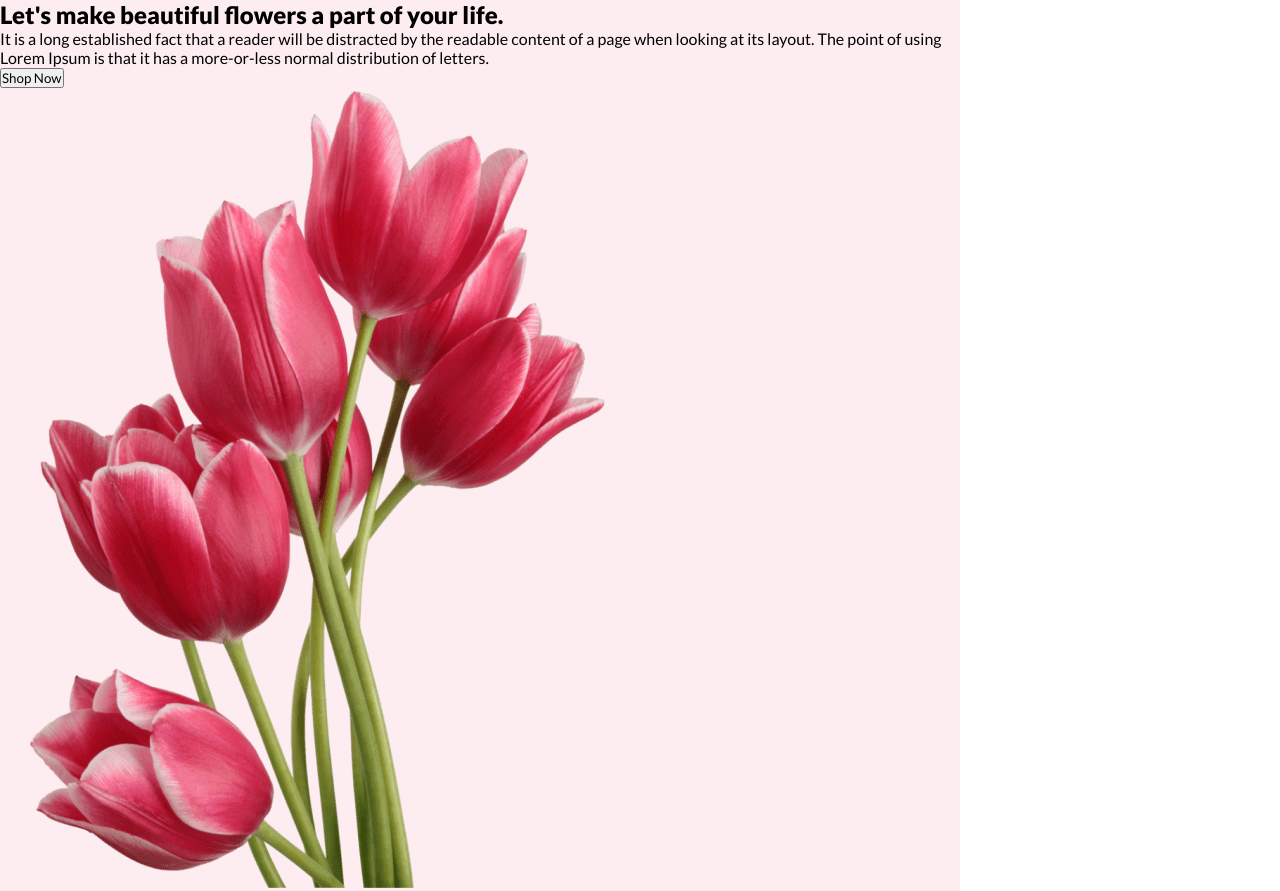
Repository: sumonkumarsarkar/flower-shop
Page: index.html
The author's editor kept a copy of each file at every save. The page is drawn from the files as they stood at one save, then again after the next save.
The browser window is 1280 px wide. The pictures show the whole page.

Above is the page before, as saved 2024-01-07 09:15:51.

### index.html
<!DOCTYPE html>
<html lang="en">
<head>
    <meta charset="UTF-8">
    <meta name="viewport" content="width=device-width, initial-scale=1.0">
    <title>Flower Shop</title>
    <link rel="stylesheet" href="../flower-shop/css/style.css">
    <link rel="preconnect" href="https://fonts.googleapis.com">
<link rel="preconnect" href="https://fonts.gstatic.com" crossorigin>
<link href="https://fonts.googleapis.com/css2?family=Lato:wght@300;400;900&display=swap" rel="stylesheet">
</head>
<body>
    <header>
     <div class="container">

        <div class="header-container">
<!-- h2, p and button part start   -->
<div class="header-text">
    <h2>
        Let's make beautiful flowers a part of your life.
    </h2>
    <p>
        It is a long established fact that a reader will be distracted by the readable content of a page when looking at its layout. The point of using Lorem Ipsum is that it has a more-or-less normal distribution of letters.
    </p>
    <button type="button">Shop Now</button>
</div>

<!-- h2, p and button part start   -->

 <!-- header image part start  -->
<div class="header-image">
    <img src="./image/pngwing 10.png" alt="">
</div>
  <!-- header image part start  -->
        </div>

     </div>

    </header>
</body>
</html>

### css/style.css
*{
    margin: 0;
    padding: 0;
    font-family: 'Lato', sans-serif;

}

.container{
    width:75%;
    max-width: 1440px;
    background: rgba(229, 84, 115, 0.10);
}

After the next save:
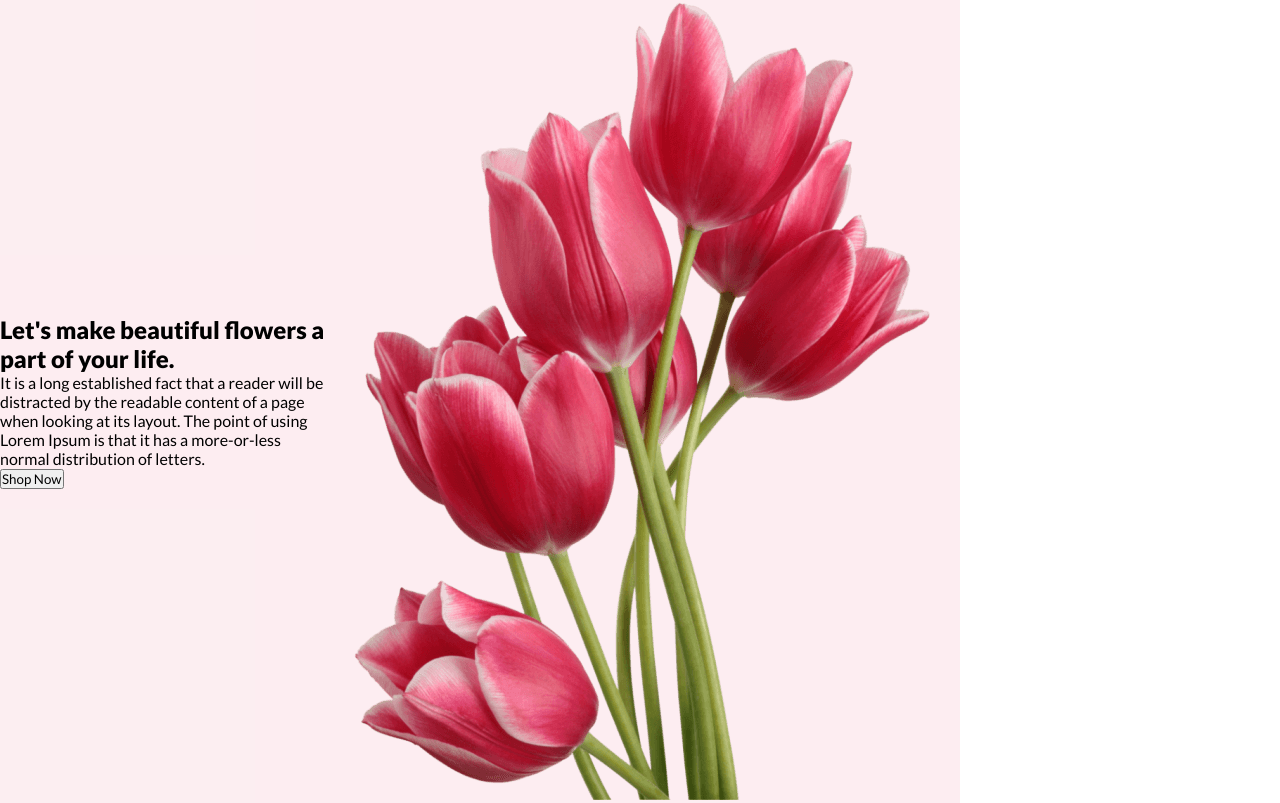
Saved 119 s later.
--- a/css/style.css
+++ b/css/style.css
@@ -10,3 +10,9 @@
     max-width: 1440px;
     background: rgba(229, 84, 115, 0.10);
 }
+.header-container{
+    max-width:1080px;
+    display: flex;
+    justify-content: space-around;
+    align-items:center;
+}
